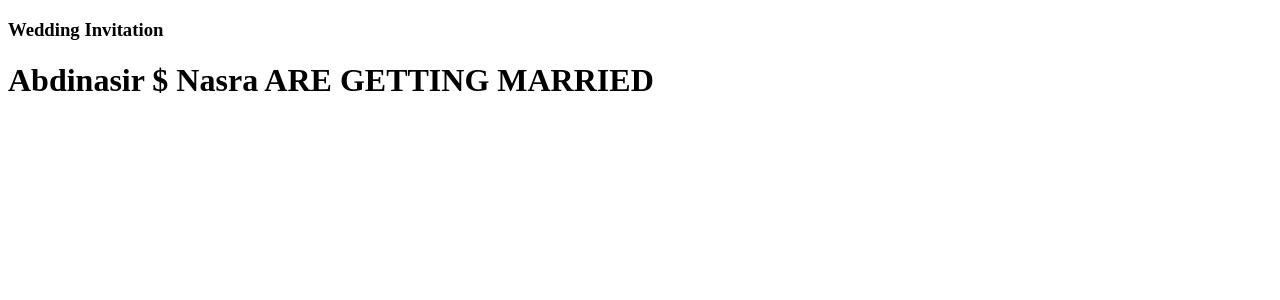
Repository: mrjayajay/week-1-code-challenges
Page: moringa/index.html
These files come from the project's save history. The page is drawn as it stood at one moment and after the next save; the edit follows.
The browser window is 1280 px wide. The pictures show the whole page.

Above is the page before, as saved 2024-03-08 18:07:05.

After the next save:
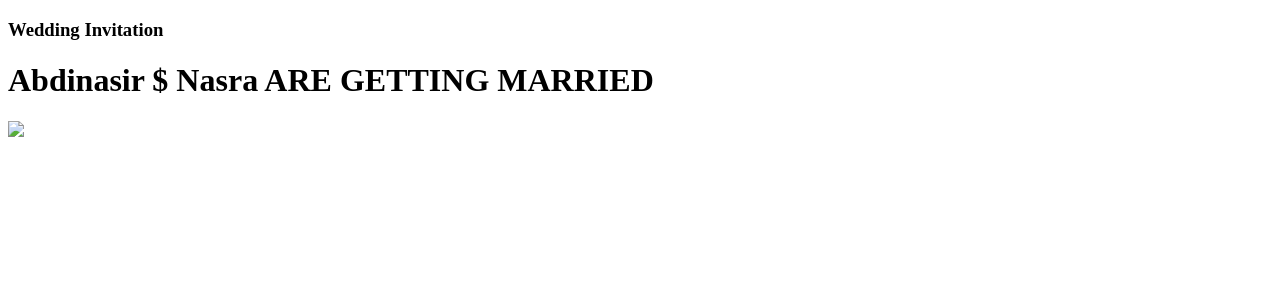
Saved 21 s later.
--- a/moringa/index.html
+++ b/moringa/index.html
@@ -11,7 +11,7 @@
  <h1>Abdinasir $ Nasra ARE GETTING MARRIED</h1>
  </div>
  <div>
-<img src=""
+<img src="./"
  </div>
  <div>
 
